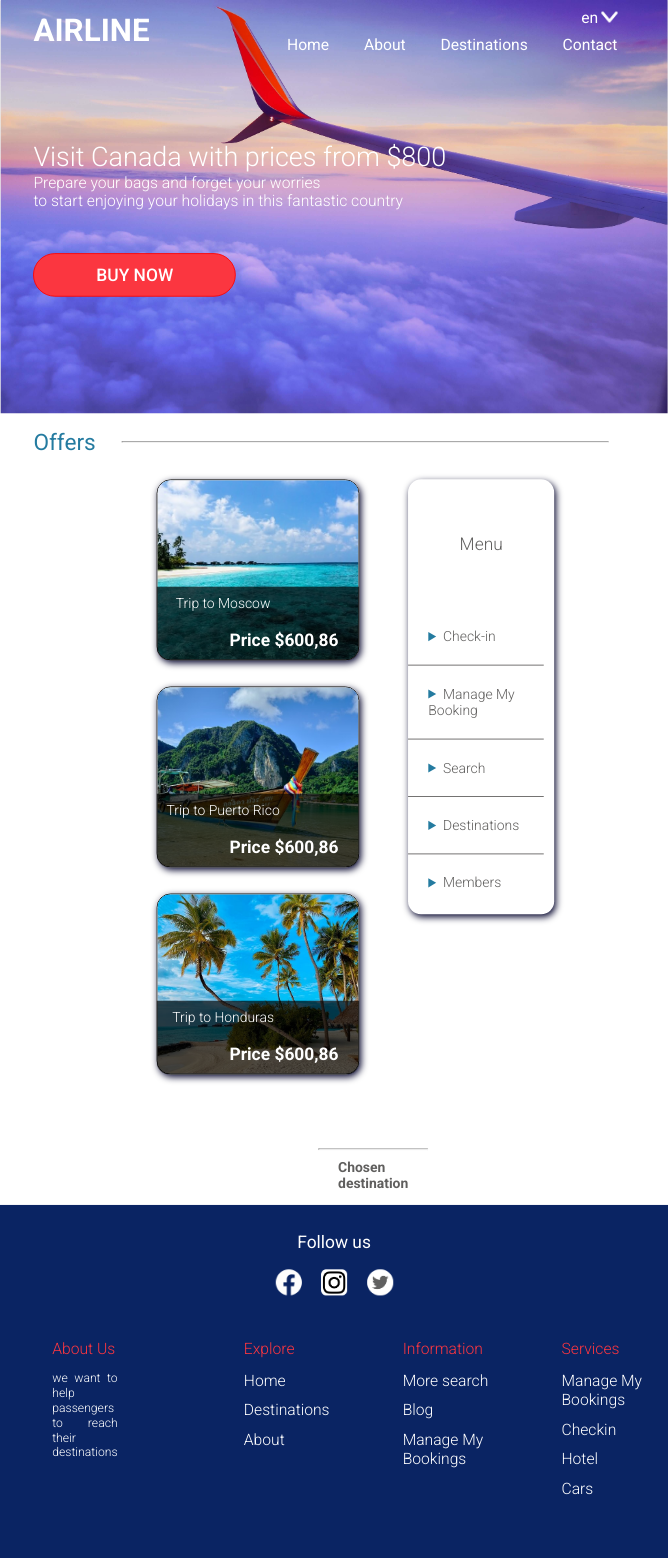
Repository: Cherced/AIRLINES
Page: /
These files come from the project's save history. The page is drawn as it stood at one moment and after the next save; the edit follows.
The browser window is 768 px wide. The pictures show the whole page, at 87% of full size.
The project was rebuilt for these pictures with package versions that can differ from the ones it lists, and the page was loaded fresh each time. The framework's server and built-in components were replaced by stand-ins that run in the browser. Also part of the build but not shown: components/atoms/BannerStaff/Modal/SelectIdioms.jsx.

Above is the page before, as saved 2022-07-01 08:31:08.

### pages/_app.js
import '../sass/global.scss'
import {MenuFloatContextProvider} from "../components/atoms/BannerStaff/FloatMenuContext"

function MyApp({ Component, pageProps }) {
    return<MenuFloatContextProvider>
            <Component {...pageProps} />
          </MenuFloatContextProvider>
}

  export default MyApp

### sass/global.scss
@import "./settings";
@import "./Elements/banner";
@import "./Elements/offerts";
@import "./Elements/footer";

### components/molecules/Banner.jsx
import React from 'react'
import { Header } from '../atoms/BannerStaff/Header'
import { Promotion } from '../atoms/BannerStaff/Promotion'

export const Banner = () => {
  return (
    <main className="main-Banner--Container">
        <Header/>
        <Promotion/>
    </main>
  )
}

### components/molecules/Offers.jsx
import React from 'react'
import {TripsOffer} from '../atoms/Offerts/TripsOffer'
import { Menu } from '../atoms/Offerts/Menu'

export const Offers = () => {
  return (
    <section className="offers-Section--Container">
    <div className="offers-Title--Container">
        <h1>Offers</h1> <hr />
    </div>
    <div className="offers-BoxModel--Container">
        <div className="offers-BoxModel-Content">
        <TripsOffer/>
        <hr />
        <h3>Chosen destination</h3>
        </div>
        <Menu/>
    </div>
    </section>
  )
}

### components/molecules/Footer.jsx
import React from 'react'
import { SocialMedia } from '../atoms/Footer/SocialMedia'
import { MoreToUs } from '../atoms/Footer/MoreToUs'

export const Footer = () => {
  return (
    <footer className="Footer--Container">
        <SocialMedia/>
        <MoreToUs/>
    </footer>
  )
}

### components/atoms/BannerStaff/FloatMenu.jsx
import React from 'react'
import { useMenuFloatContext} from './FloatMenuContext'


export const FloatMenu = () => {
    const {menu, setMenu} = useMenuFloatContext();
  return (
    <nav className={ menu? ("FloatMenu--Container on"):("FloatMenu--Container off")}>
        <nav className="navBarFloat--Container">
        <button className="backButton" onClick={() => setMenu(false)}>
            <img src="images/arrow-down.png" alt="arrowBack"/>
        </button>
            <ul className="itmes-NavbarFloat--Container">
                <li><a>Home</a></li>
                <li><a>About</a></li>
                <li><a>Destinations</a></li>
                <li><a>Contact</a></li>
            </ul>
        </nav>
    </nav>
  )
}

### sass/_settings.scss
//fonts:
@import url('https://fonts.googleapis.com/css2?family=Inter:wght@100;200;300;500;600;700;800;900&family=Roboto:ital,wght@0,100;0,300;0,400;0,500;0,700;0,900;1,100;1,300;1,400;1,500;1,700;1,900&display=swap');

$preSetFont: 'Roboto', sans-serif;

*{
    box-sizing: border-box;
    margin: 0;
    padding: 0;
}

### sass/Elements/_banner.scss
@import "../components/Banner/header";
@import "../components/Banner/floatMenu";
@import "../components/Banner/promotion";
@import "../components/Banner/modalIdioms";

.main-Banner--Container {
    height: 475px;
    width: 100%;
    background-image: url("../../public/images/plane.jpg");
    background-size: cover;
    background-repeat: no-repeat;
    display: flex;
    flex-direction: column;
    align-items: center;
}

.idiomsShower {
    margin-top: 7px;
    z-index: 3;
    position: absolute;
    left: calc(100% - 130px);
    display: flex;

    .arrowButton--Modal {
        background: transparent;
        border: none;
        text-align: left;
        font: normal normal 400 18px/22px Roboto;
        letter-spacing: 0px;
        color: #FFFFFF;
        opacity: 1;
    }

    img {
        width: 25px;
        height: 25px;
    }
    .menu-Btn{
        display: none;
    }



}

.turn {

    .arrowImg--Modal {
        width: 25px;
        height: 25px;
        transform: rotate(180deg);
        transition: all 0.5s ease-in;
    }

}


.trass {

    .arrowImg--Modal{
        width: 25px;
        height: 25px;
        transform: rotate(-360deg);
        transition: all 0.5s ease-in;
    }

}

@media screen and (max-width: 768px) {
    .idiomsShower{
        left: calc(100% - 100px);
    }
}


@media screen and (max-width: 500px) {
    .idiomsShower{
        margin-top: 15px;
        left: calc(100% - 100px);
        .menu-Btn{
            display: block;
            margin-left: 15px;
            background: transparent;
            border: none;
        }

    }
}


@media screen and (max-width: 425px) {
    .idiomsShower{
        left: calc(100% - 100px);
    }
}

### sass/components/Banner/_header.scss
.header--Container {
    width: 90%;
    height: 70px;
    display: flex;
    align-items: center;
    justify-content: space-between;

    h1 {
        font-family: $preSetFont;
        font-size: 36px;
        text-align: left;
        color: white;
        letter-spacing: 0px;
    }

    .navBar--Container {
        color: white;
        opacity: 1;

        .itmes-Navbar--Container {
            list-style: none;
            display: flex;
            height: 70px;

            li {
                width: auto;
                padding: 40px 20px 0 20px;

                a {
                    font-family: $preSetFont;
                    font-size: 18px;
                    letter-spacing: 0px;
                }

                a:hover {
                    border-bottom: 2px solid white;
                }
            }
        }
    }
}


@media screen and (max-width: 500px) {
    .header--Container {
        .navBar--Container {
            display: none;
        }
    }
}


@media screen and (max-width: 425px) {
    .header--Container {
        width: 80%;
        height: 40px;
        display: flex;
        align-items: center;
        justify-content: space-between;
        flex-direction: column;

        h1 {
            font-family: $preSetFont;
            font-size: 36px;
            text-align: left;
            color: white;
            letter-spacing: 0px;
            margin-top: 10px;
            margin-right: 210px;
        }

        .navBar--Container {
            color: white;
            opacity: 1;

            .itmes-Navbar--Container {
                list-style: none;
                display: flex;
                height: 70px;

                li {
                    width: auto;
                    padding: 20px 10px 0 10px;

                    a {
                        font-family: $preSetFont;
                        font-size: 14px;
                        letter-spacing: 0px;
                    }

                    a:hover {
                        border-bottom: 2px solid white;
                    }
                }
            }
        }
    }
}



@media screen and (max-width: 320px) {
    .header--Container {
        width: 80%;
        height: 40px;
        display: flex;
        align-items: center;
        justify-content: space-between;
        flex-direction: column;

        h1 {
            font-family: $preSetFont;
            font-size: 36px;
            text-align: left;
            color: white;
            letter-spacing: 0px;
            margin-top: 10px;
            margin-right: 150px;
        }

        .navBar--Container {
            color: white;
            opacity: 1;

            .itmes-Navbar--Container {
                list-style: none;
                display: flex;
                height: 70px;

                li {
                    width: auto;
                    padding: 20px 10px 0 10px;

                    a {
                        font-family: $preSetFont;
                        font-size: 14px;
                        letter-spacing: 0px;
                    }

                    a:hover {
                        border-bottom: 2px solid white;
                    }
                }
            }
        }
    }

}

### sass/components/Banner/_floatMenu.scss
.FloatMenu--Container {
    width: 100%;
    height: 100vh;
    z-index: 10;

    .navBarFloat--Container {
        background: #FB3640;
        width: 100%;
        height: 100%;

        .backButton {
            width: 45px;
            height: 45px;
            position: absolute;
            margin-top: 40px;
            left: calc(100% - 80px);
            background: transparent;
            text-align: left;
            font-family: "Roboto", sans-serif;
            font-size: 31px;
            font-weight: 300;
            letter-spacing: 0px;
            opacity: 1;
            color: white;
            border-radius: 60px;
            display: flex;
            align-items: center;
            justify-content: center;

            img {
                width: 30px;
                height: 30px;
                transform: rotate(-90deg);
            }
        }

        .itmes-NavbarFloat--Container {
            display: flex;
            flex-direction: column;
            align-items: center;
            list-style: none;
            width: 100%;
            height: 100%;
            justify-content: space-evenly;

            li {
                width: 100%;
                height: 50px;
                display: flex;
                align-items: center;
                justify-content: center;

                a {
                    text-align: left;
                    font-family: "Roboto", sans-serif;
                    font-size: 31px;
                    font-weight: 300;
                    letter-spacing: 0px;
                    opacity: 1;
                    color: white;
                }

                a:hover {
                    border-bottom: 2px solid white;
                }
            }
        }
    }

}

.off {
    position: absolute;
    top: -1200px;
    transition: all 1s ease-in
}

.on {
    position: absolute;
    top: 0;
    transition: all 1s ease-in
}

@media screen and (min-width: 500px) {
    .FloatMenu--Container {
        display: none;
    }
}

### sass/components/Banner/_promotion.scss
.promotions--Container {
    height: 405px;
    width: 90%;
    display: flex;
    flex-direction: column;
    align-items: flex-start;
    margin-top: 92px;

    h1 {
        text-align: left;
        font-family: $preSetFont;
        font-size: 31px;
        font-weight: 300;
        letter-spacing: 0px;
        opacity: 1;
        color: white;
    }

    p {
        width: 440px;
        text-align: left;
        font-family: $preSetFont;
        font-size: 18px;
        font-weight: 300;
        letter-spacing: 0px;
        color: #FFFFFF;
        opacity: 1;
    }

    .buyNowBtn {
        margin-top: 50px;
        background: #FB3640;
        width: 233px;
        height: 50px;
        font-family: $preSetFont;
        text-align: center;
        font: normal normal 500 20px/24px Roboto;
        letter-spacing: 0px;
        color: #FFFFFF;
        opacity: 1;
        border-radius: 60px;
        border: 1px solid red;
    }
}


@media screen and (max-width: 430px) {
    .promotions--Container {
        height: 405px;
        width: 80%;
        display: flex;
        flex-direction: column;
        align-items: center;
        margin-top: 92px;

        h1 {
            text-align: left;
            font-family: $preSetFont;
            font-size: 31px;
            font-weight: 300;
            letter-spacing: 0px;
            opacity: 1;
            color: white;
            margin-bottom: 30px;
        }

        p {
            width: 345px;
            text-align: left;
            font-family: "Roboto", sans-serif;
            font-size: 18px;
            font-weight: 300;
            letter-spacing: 0px;
            color: #FFFFFF;
            opacity: 1;
        }

        .buyNowBtn {
            margin-top: 50px;
            background: #FB3640;
            width: 233px;
            height: 50px;
            font-family: $preSetFont;
            text-align: center;
            font: normal normal 500 20px/24px Roboto;
            letter-spacing: 0px;
            color: #FFFFFF;
            opacity: 1;
            border-radius: 60px;
            border: 1px solid red;
        }
    }
}

@media screen and (max-width: 425px) {
    .promotions--Container {
        height: 405px;
        width: 80%;
        display: flex;
        flex-direction: column;
        align-items: center;
        margin-top: 92px;

        h1 {
            text-align: left;
            font-family: $preSetFont;
            font-size: 31px;
            font-weight: 300;
            letter-spacing: 0px;
            opacity: 1;
            color: white;
            margin-bottom: 30px;
        }

        p {
            width: 345px;
            text-align: left;
            font-family: "Roboto", sans-serif;
            font-size: 18px;
            font-weight: 300;
            letter-spacing: 0px;
            color: #FFFFFF;
            opacity: 1;
        }

        .buyNowBtn {
            margin-top: 50px;
            background: #FB3640;
            width: 233px;
            height: 50px;
            font-family: $preSetFont;
            text-align: center;
            font: normal normal 500 20px/24px Roboto;
            letter-spacing: 0px;
            color: #FFFFFF;
            opacity: 1;
            border-radius: 60px;
            border: 1px solid red;
        }
    }
}


@media screen and (max-width: 320px) {
    .promotions--Container {
        height: 405px;
        width: 80%;
        display: flex;
        flex-direction: column;
        align-items: center;
        margin-top: 92px;

        h1 {
            text-align: left;
            font-family: $preSetFont;
            font-size: 31px;
            font-weight: 300;
            letter-spacing: 0px;
            opacity: 1;
            color: white;
            margin-bottom: 30px;
        }

        p {
            width: 290px;
            text-align: left;
            font-family: "Roboto", sans-serif;
            font-size: 18px;
            font-weight: 300;
            letter-spacing: 0px;
            color: #FFFFFF;
            opacity: 1;
        }

        .buyNowBtn {
            margin-top: 50px;
            background: #FB3640;
            width: 233px;
            height: 50px;
            font-family: $preSetFont;
            text-align: center;
            font: normal normal 500 20px/24px Roboto;
            letter-spacing: 0px;
            color: #FFFFFF;
            opacity: 1;
            border-radius: 60px;
            border: 1px solid red;
        }
    }
}

### sass/components/Banner/_modalIdioms.scss
.ModalContainer {
    background-color: rgba(0, 0, 0, 0.5);
    display: flex;
    justify-content: center;
    align-items: center;
    box-shadow: 0px 10px 10px rgba(0, 0, 0, 8.5);
    position: fixed;
    top: -10px;
    left: -10px;
    right: -10px;
    bottom: -10px;

    .select-Idiom--Modal {
        position: absolute;
        top: 55px;
        left: calc(100% - 260px);
        width: 145px;
        height: 110px;
        background: white;
        display: flex;
        flex-direction: column;
        align-items: center;
        justify-content: center;
        list-style: none;
        text-align: left;
        border-radius: 15px;
        box-shadow: 2px 3px 8px #000029;

        li {
            width: 80%;
            text-align: left;
            font: normal normal normal 18px/22px Roboto;
            letter-spacing: 0px;
            color: #247BA0;
            opacity: 1;
            padding: 5px 0;
        }
    }
}

@media screen and (max-width: 768px) {
    .ModalContainer{
        .select-Idiom--Modal{
            left: calc(100% - 225px);
        }
    }
}


@media screen and (max-width: 425px) {
    .ModalContainer{
        .select-Idiom--Modal{
            left: calc(100% - 190px);
        }
    }
}

### sass/Elements/_footer.scss
@import "../components/Footer/socialMedia";
@import "../components/Footer/moreToUs";

.Footer--Container{
    width: 100%;
    height: 406px;
    background: #0A2463;
}

@media screen and (max-width: 640px) {
    .Footer--Container{
        height: 850px;
    }
}
@media screen and (max-width: 425px) {
    .Footer--Container{
        height: 850px;
    }
}

### sass/components/Footer/_socialMedia.scss
.SocialMedia--Container {
    display: flex;
    flex-direction: column;
    width: 100%;
    align-items: center;
    justify-content: center;

    h1 {
        margin-top: 30px;
        text-align: left;
        font: normal normal 400 20px/24px Roboto;
        letter-spacing: 0px;
        color: #FFFFFF;
        opacity: 1;
    }

    .iconsSocialMedia--Container {
        margin-top: 20px;
        display: flex;
        width: 180px;
        justify-content: space-evenly;

        img {
            width: 30px;
            height: 30px;
        }
    }
}

@media screen and (max-width: 425px) {
    .SocialMedia--Container {
        margin-bottom: 20px;
    }
}

### sass/components/Footer/_moreToUs.scss
.footerNavBar--Container {
    display: flex;
    height: 60%;
    width: 100%;
    justify-content: space-around;
    align-items: center;

    .navbar-Item-Content {
        width: 90%;
        height: 100%;
        margin-top: 100px;
        margin-left: 60px;

        h1 {
            color: #FB3640;
            text-align: left;
            font: normal normal 300 18px/22px Roboto;
            letter-spacing: 0px;
            color: #FB3640;
            opacity: 1;
            margin-bottom: 15px;
        }

        p {
            text-align: left;
            font: normal normal 300 14px/17px Roboto;
            letter-spacing: 0px;
            color: #FFFFFF;
            opacity: 1;
            text-align: justify;
            padding-right: 85px;
        }

        ul {
            list-style-type: none;

            li {
                color: #FFFFFF;
                margin-bottom: 12px;

                a {
                    text-align: left;
                    font: normal normal 300 18px/22px Roboto;
                    letter-spacing: 0px;
                    color: #FFFFFF;
                    opacity: 1;
                }
            }
        }
    }
}

/* @media screen and (max-width: 926px) {
    .footerNavBar--Container {

        .navbar-Item-Content {

        }
    }


} */

@media screen and (max-width: 640px) {
    .footerNavBar--Container {
        display: flex;
        height: 60%;
        width: 100%;
        justify-content: space-around;
        align-items: center;
        flex-wrap: wrap;
        .navbar-Item-Content {
            width: 90%;
            height: 150px;
            margin-top: 20px;
            margin-left: 70px;
        }
    }


}


@media screen and (max-width: 425px) {
    .footerNavBar--Container {
        display: flex;
        height: 60%;
        width: 100%;
        justify-content: space-around;
        align-items: center;
        flex-wrap: wrap;
        .navbar-Item-Content {
            width: 90%;
            height: 150px;
            margin-top: 20px;
            margin-left: 70px;
        }
    }


}

### components/atoms/BannerStaff/Header.jsx
import React from 'react'

export const Header = () => {
  return (
    <header className="header--Container">
        <h1>AIRLINE</h1>
        <nav className="navBar--Container">
            <ul className="itmes-Navbar--Container">
                <li><a>Home</a></li>
                <li><a>About</a></li>
                <li><a>Destinations</a></li>
                <li><a>Contact</a></li>
            </ul>
        </nav>
    </header>
  )
}

### components/atoms/BannerStaff/Promotion.jsx
import React from 'react'

export const Promotion = () => {
  return (
    <div className="promotions--Container">
        <h1>Visit Canada with prices from $800</h1>
        <p>Prepare your bags and forget your worries</p>
        <p> to start enjoying your holidays in this fantastic country</p>
        <button className="buyNowBtn" type="button">BUY NOW</button>
    </div>
  )
}

### components/atoms/Offerts/TripsOffer.jsx
import React from 'react'

export const TripsOffer = () => {
  return (
    <div className="promotional-Cards--Container">
        <div className="promotionalCard">
            <img src="/images/moscow.jpg" alt="moscu"/>
            <div className="promotionalCard--Info">
                <p>
                Trip to Moscow
                </p>
                <h1>Price $600,86</h1>
            </div>
        </div>
        <div className="promotionalCard">
            <img src="/images/puerto-rico.jpg" alt="puerrtorro"/>
            <div className="promotionalCard--Info">
                <p>
                Trip to Puerto Rico
                </p>
                <h1>Price $600,86</h1>
            </div>
        </div>
        <div className="promotionalCard">
            <img src="/images/honduras.jpg" alt="honduras"/>
            <div className="promotionalCard--Info">
                <p>
                Trip to Honduras
                </p>
                <h1>Price $600,86</h1>
            </div>
        </div>
    </div>
  )
}

### components/atoms/Offerts/Menu.jsx
import React from 'react'

export const Menu = () => {
  return (
    <aside className="menuAside--Container">
        <h1>Menu</h1>
        <nav className="menuAside-Navbar--Container" id="EXPECIFFFYYY">
        <ul className="list-Items--Container">
            <li><a>Check-in</a></li>
            <li><a>Manage My Booking</a></li>
            <li><a>Search</a></li>
            <li><a>Destinations</a></li>
            <li><a>Members</a></li>
        </ul>
        </nav>
    </aside>
  )
}

### components/atoms/Footer/SocialMedia.jsx
import React from 'react'

export const SocialMedia = () => {
  return (
    <div className="SocialMedia--Container">
        <h1>Follow us</h1>
        <div className="iconsSocialMedia--Container">
            <img src="/images/facebook.png" alt="facebook" />
            <img src="/images/instagram.png" alt="instagram" />
            <img src="/images/twitter.png" alt="tweiter" />
        </div>
    </div>
  )
}

### components/atoms/Footer/MoreToUs.jsx
import React from 'react'

export const MoreToUs = () => {
  return (
    <section className="footerNavBar--Container">
        <nav className="navbar-Item-Content">
            <h1>About Us</h1>
            <p><a>we want to help passengers to reach their destinations</a></p>
        </nav>
        <nav className="navbar-Item-Content">
            <h1>Explore</h1>
            <ul>
                <li><a>Home</a></li>
                <li><a>Destinations</a></li>
                <li><a>About</a></li>
            </ul>
        </nav>
        <nav className="navbar-Item-Content">
            <h1>Information</h1>
            <ul>
            <li><a>More search</a></li>
            <li><a>Blog</a></li>
            <li><a>Manage My Bookings</a></li>
            </ul>
        </nav>
        <nav className="navbar-Item-Content">
            <h1>Services</h1>
            <ul>
            <li><a>Manage My Bookings</a></li>
            <li><a>Checkin</a></li>
            <li><a>Hotel</a></li>
            <li><a>Cars</a></li>
            </ul>
        </nav>
    </section>
  )
}

Loaded but not shown: pages/index.js (38 lines, source omitted); components/atoms/BannerStaff/FloatMenuContext.js (21 lines, source omitted); components/atoms/BannerStaff/Modal/ModalPortal.js (13 lines, source omitted); pages/_document.js (16 lines, source omitted); sass/Elements/_offerts.scss (874 lines, source omitted)

After the next save:
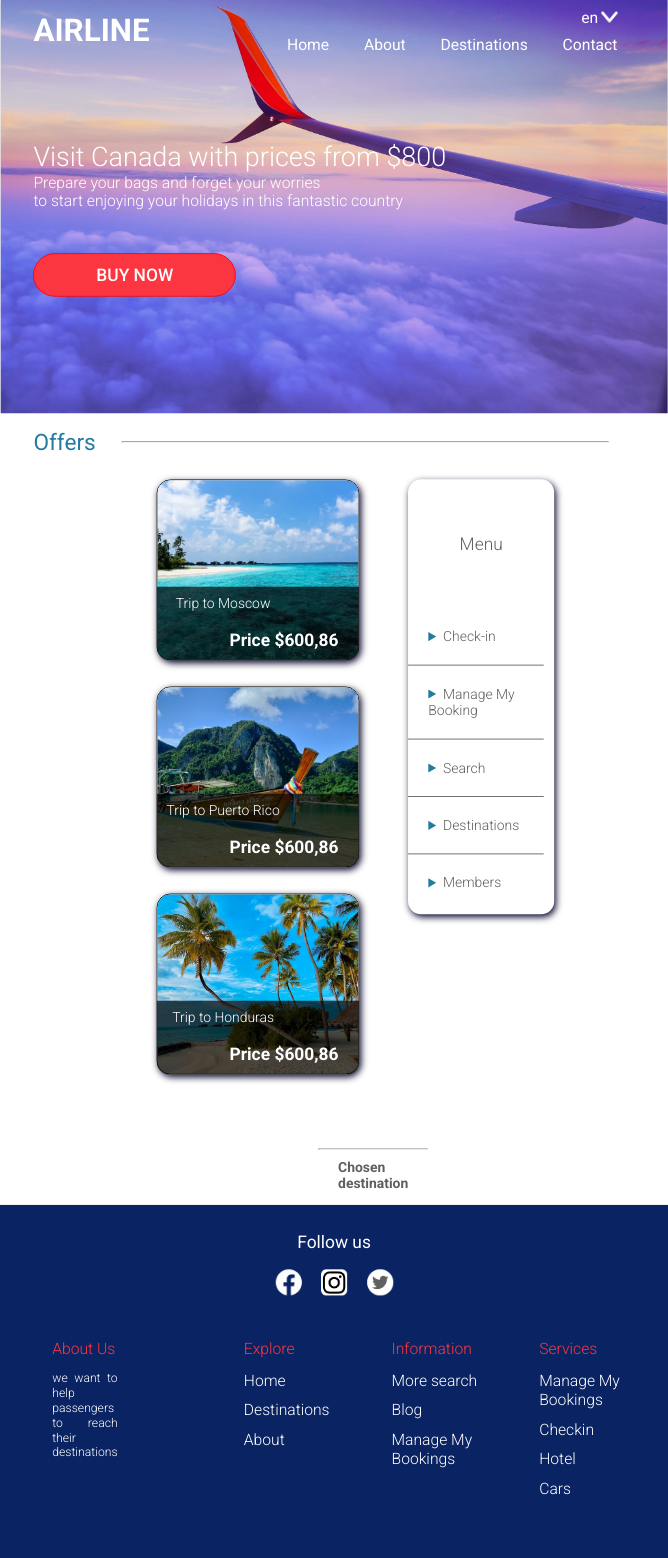
Saved 42 s later.
--- a/sass/components/Footer/_moreToUs.scss
+++ b/sass/components/Footer/_moreToUs.scss
@@ -50,16 +50,13 @@
     }
 }
 
-/* @media screen and (max-width: 926px) {
+@media screen and (max-width: 926px) {
     .footerNavBar--Container {
-
-        .navbar-Item-Content {
-
-        }
+     width: 95%;
     }
 
 
-} */
+}
 
 @media screen and (max-width: 640px) {
     .footerNavBar--Container {
